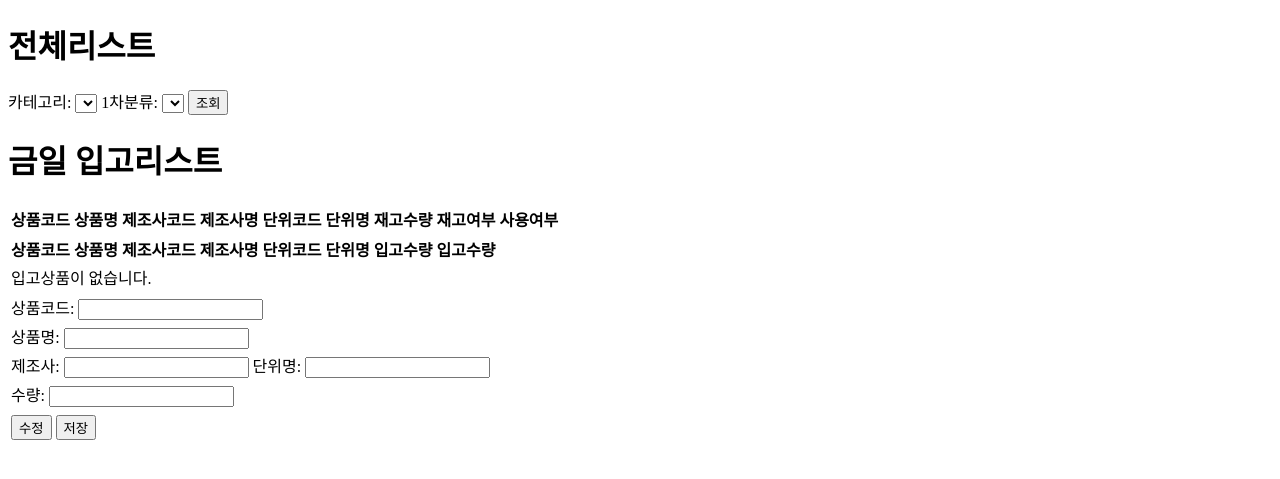
Repository: ohtackjoo/mnet
Page: http://localhost/nmet/WEB-INF/views/member/insitemlist.jsp
The author's editor kept a copy of each file at every save. The page is drawn from the files as they stood at one save, then again after the next save.
The browser window is 1280 px wide. The pictures show the whole page.
The page is served by Tomcat 9. Nobody is signed in. The template is opened directly, without the code that normally fills it, so the values that code supplies are empty.

Above is the page before, as saved 2019-02-26 02:24:05.
Console error: SyntaxError: Unexpected identifier 'HTMLInputElement'

After the next save:
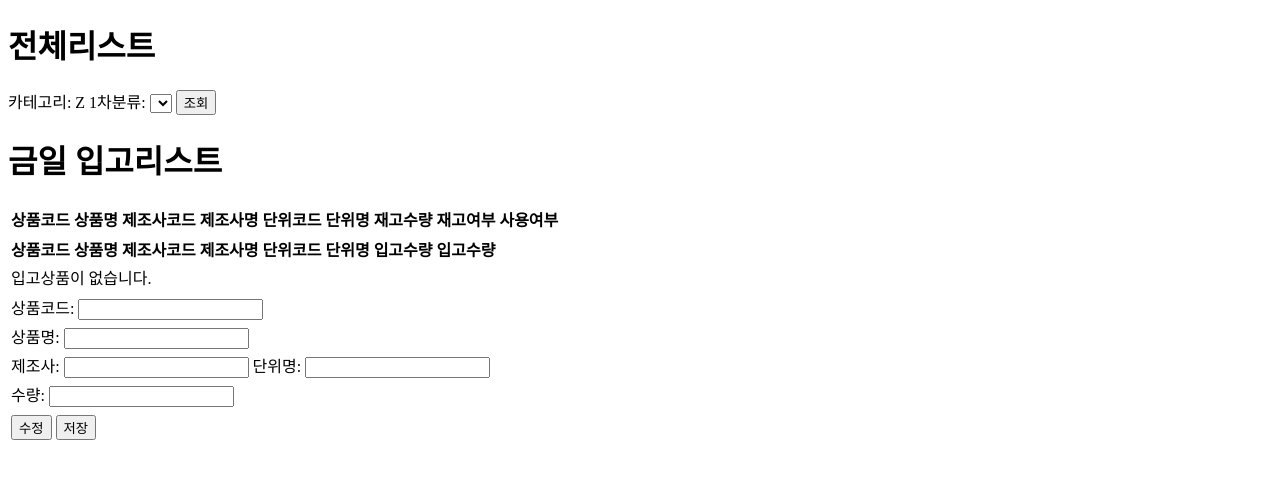
Saved 10 s later.
--- a/nmet/src/main/webapp/WEB-INF/views/member/insitemlist.jsp
+++ b/nmet/src/main/webapp/WEB-INF/views/member/insitemlist.jsp
@@ -173,7 +173,7 @@
 <body>
 <h1>전체리스트</h1>
 		카테고리:
-			<select id="codeSel" onchange="send1()">
+			Z
 				<c:forEach var="codeVO" items="${clist }">
 					<c:if test="${userparam eq codeVO.CDNO}">
 						<option value="${codeVO.CDNO }" selected="selected">${codeVO.CDNAME}

After the save that followed:
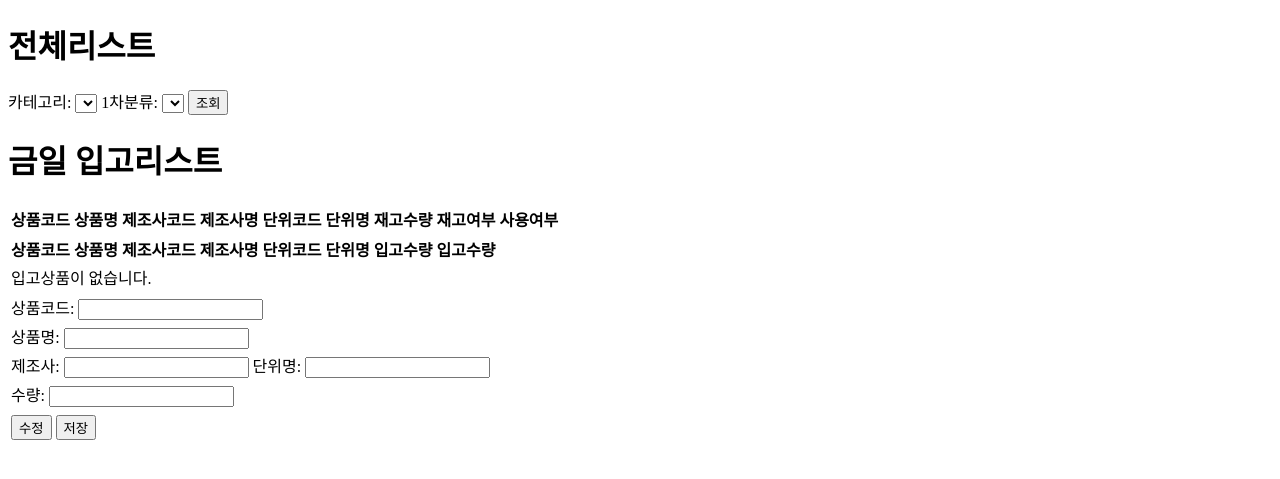
Saved 6 s later.
--- a/nmet/src/main/webapp/WEB-INF/views/member/insitemlist.jsp
+++ b/nmet/src/main/webapp/WEB-INF/views/member/insitemlist.jsp
@@ -173,7 +173,7 @@
 <body>
 <h1>전체리스트</h1>
 		카테고리:
-			Z
+			<select id="codeSel" onchange="send1()">
 				<c:forEach var="codeVO" items="${clist }">
 					<c:if test="${userparam eq codeVO.CDNO}">
 						<option value="${codeVO.CDNO }" selected="selected">${codeVO.CDNAME}
